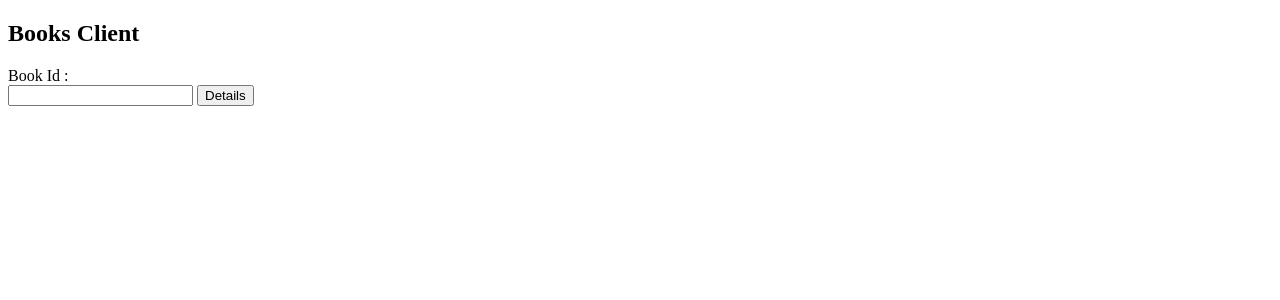
Repository: code-eshan/clientDSSensor
Page: book_service/WebContent/index.html
The author's editor kept a copy of each file at every save. The page is drawn from the files as they stood at one save, then again after the next save.
The browser window is 1280 px wide. The pictures show the whole page.
Some web libraries are served in a nearby version.

Above is the page before, as saved 2020-04-13 17:23:42.

After the next save:
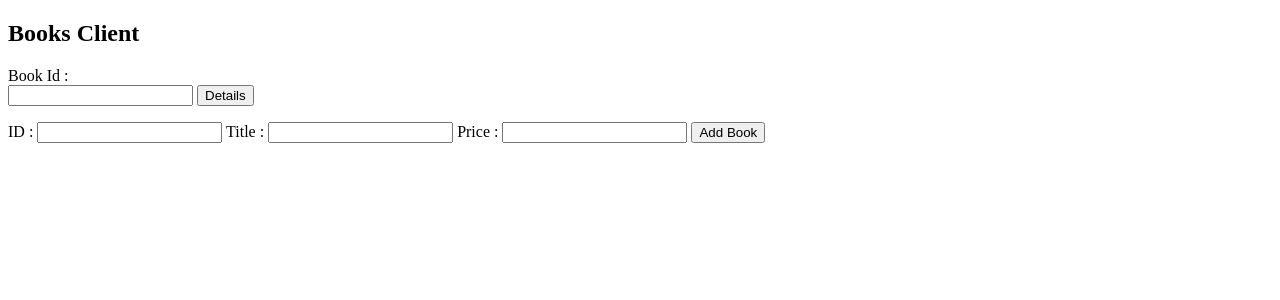
Saved 3 min 19 s later.
--- a/book_service/WebContent/index.html
+++ b/book_service/WebContent/index.html
@@ -14,4 +14,10 @@
         <div id="title"></div>
 	<p />
         <div id="price"></div>
+
+        <label>ID : </label> <input type="number" id="bookId">
+        <label>Title : </label> <input type="text" id="bookTitle">
+        <label>Price : </label> <input type="number" id="bookPrice">
+        <button onclick="">Add Book</button>
+
 </html>
